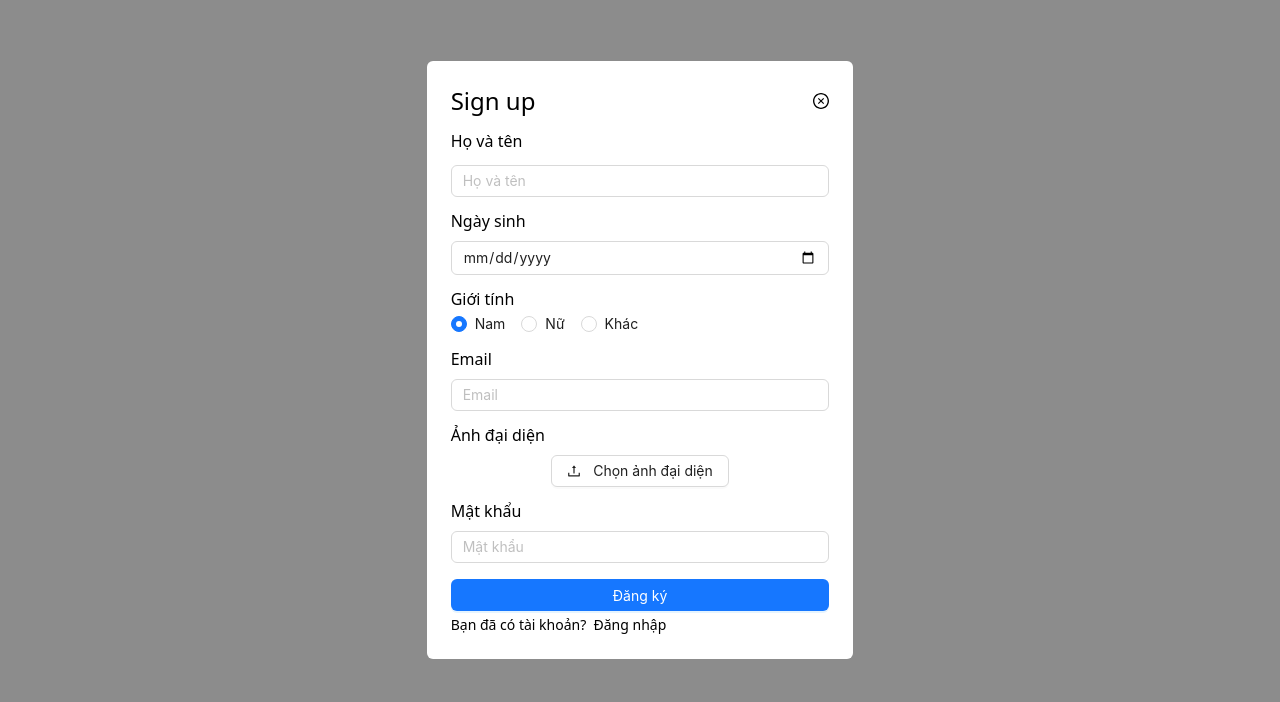
Repository: TinhTT336/MD02_Session14
Page: / (app in client/)
The author's editor kept a copy of each file at every save. The page is drawn from the files as they stood at one save, then again after the next save.
The browser window is 1280 px wide. The pictures show the whole page.
The project was rebuilt for these pictures with package versions that can differ from the ones it lists, and the page was loaded fresh each time. Also part of the build but not shown: client/vite.config.js, client/src/firebase/configFirebase.js, client/src/components/UploadSingleFile.jsx, client/src/components/register/register.css, client/src/components/register/Register.jsx, client/src/components/register/RegisterWithImg.jsx.

Above is the page before, as saved 2023-09-14 14:38:16.

### client/index.html
<!DOCTYPE html>
<html lang="en">
  <head>
    <meta charset="UTF-8" />
    <link rel="icon" type="image/svg+xml" href="/vite.svg" />
    <meta name="viewport" content="width=device-width, initial-scale=1.0" />
    <title>Vite + React</title>
    <!-- <link
      href="https://cdn.jsdelivr.net/npm/bootstrap@5.0.2/dist/css/bootstrap.min.css"
      rel="stylesheet"
      integrity="sha384-EVSTQN3/azprG1Anm3QDgpJLIm9Nao0Yz1ztcQTwFspd3yD65VohhpuuCOmLASjC"
      crossorigin="anonymous"
    />
    <link
      rel="stylesheet"
      href="https://cdnjs.cloudflare.com/ajax/libs/font-awesome/6.4.2/css/all.min.css"
      integrity="sha512-z3gLpd7yknf1YoNbCzqRKc4qyor8gaKU1qmn+CShxbuBusANI9QpRohGBreCFkKxLhei6S9CQXFEbbKuqLg0DA=="
      crossorigin="anonymous"
      referrerpolicy="no-referrer"
    /> -->
  </head>
  <body>
    <div id="root"></div>
    <script type="module" src="/src/main.jsx"></script>
  </body>
</html>

### client/src/App.jsx

import './App.css'
import UploadSingleFile from './components/UploadSingleFile'
import Register from './components/register/Register'
import RegisterWithImg from './components/register/RegisterWithImg'
import Signup from './components/signup/Signup'

function App() {

  return (
    <>
      {/* <UploadSingleFile /> */}
      {/* <Register /> */}
      {/* <RegisterWithImg /> */}
      <Signup />
    </>
  )
}

export default App

### client/src/App.css
* {
  margin: 0;
  padding: 0;
  box-sizing: border-box;
}
.btn-primary {
  background-color: #1677ff !important;
}
.btn-primary:hover {
  background-color: #4096ff !important;
}

### client/src/components/signup/Signup.jsx
import React, { useState } from 'react';
import { CloseCircleOutlined, UploadOutlined } from "@ant-design/icons";
import { Input, Radio, Button, message, Upload, Space } from 'antd';

export default function Signup() {
    const [gender, setGender] = useState(1);
    const handleCheck = (e) => {
        setGender(e.target.value);
    };
    const props = {
        name: 'file',
        action: 'https://www.mocky.io/v2/5cc8019d300000980a055e76',
        headers: {
            authorization: 'authorization-text',
        },
        onChange(info) {
            if (info.file.status !== 'uploading') {
                console.log(info.file, info.fileList);
            }
            if (info.file.status === 'done') {
                message.success(`${info.file.name} file uploaded successfully`);
            } else if (info.file.status === 'error') {
                message.error(`${info.file.name} file upload failed.`);
            }
        },
    };
    return (
        <>
            <div className='fixed top-0 left-0 right-0 bottom-0 flex items-center justify-center bg-rgba-black'>
                <form className='bg-white p-6 rounded-md w-2/6'>
                    <div className='flex items-center justify-between'>
                        <h3 className='text-2xl'>Sign up</h3>
                        <CloseCircleOutlined className='cursor-pointer hover:bg-slate-300 rounded-full' />
                    </div>
                    <div className='mt-3'>
                        <label htmlFor="name">Họ và tên</label>
                        <Input placeholder="Họ và tên" className='mt-3' name='name' id='name' />
                    </div>
                    <div className='mt-3'>
                        <label htmlFor="dateOfBirth">Ngày sinh</label>
                        <Input placeholder="Ngày sinh" className='mt-2' name='dateOfBirth' id='dateOfBirth' type='date' />
                    </div>
                    <div className='mt-3'>
                        <label htmlFor="dateOfBirth">Giới tính</label>
                        <div>
                            <Radio.Group onChange={handleCheck} value={gender}>
                                <Radio value={1}>Nam</Radio>
                                <Radio value={2}>Nữ</Radio>
                                <Radio value={3}>Khác</Radio>
                            </Radio.Group>
                        </div>
                    </div>
                    <div className='mt-3'>
                        <label htmlFor="email">Email</label>
                        <Input placeholder="Email" className='mt-2' name='email' id='email' type='text' />
                    </div>
                    <div className='mt-3'>
                        <label htmlFor="avatar">Ảnh đại diện</label>
                        <div className='text-center mt-2'>
                            <Upload {...props}>
                                <Button icon={<UploadOutlined />}> Chọn ảnh đại diện</Button>
                            </Upload>
                        </div>
                    </div>
                    <div className='mt-3'>
                        <label htmlFor="password">Mật khẩu</label>
                        <Input placeholder="Mật khẩu" className='mt-2' name='password' id='password' type='password' />
                    </div>
                    <div>
                        <Button type='primary' block className='w-full btn-primary mt-4'>Đăng ký</Button>
                    </div>
                    <div>
                        <span className='text-sm align-middle'>Bạn đã có tài khoản? <a href="">   Đăng nhập</a></span>
                    </div>
                </form>
            </div>

        </>
    )
}

### client/tailwind.config.js
/** @type {import('tailwindcss').Config} */
export default {
  content: ["./index.html", "./src/**/*.{js,ts,jsx,tsx}"],
  theme: {
    extend: {
      backgroundColor: {
        "rgba-black": "rgba(0,0,0,0.45)",
      },
    },
  },
  plugins: [],
};

Loaded but not shown: client/src/main.jsx (common file); client/src/index.css (common file)

After the next save:
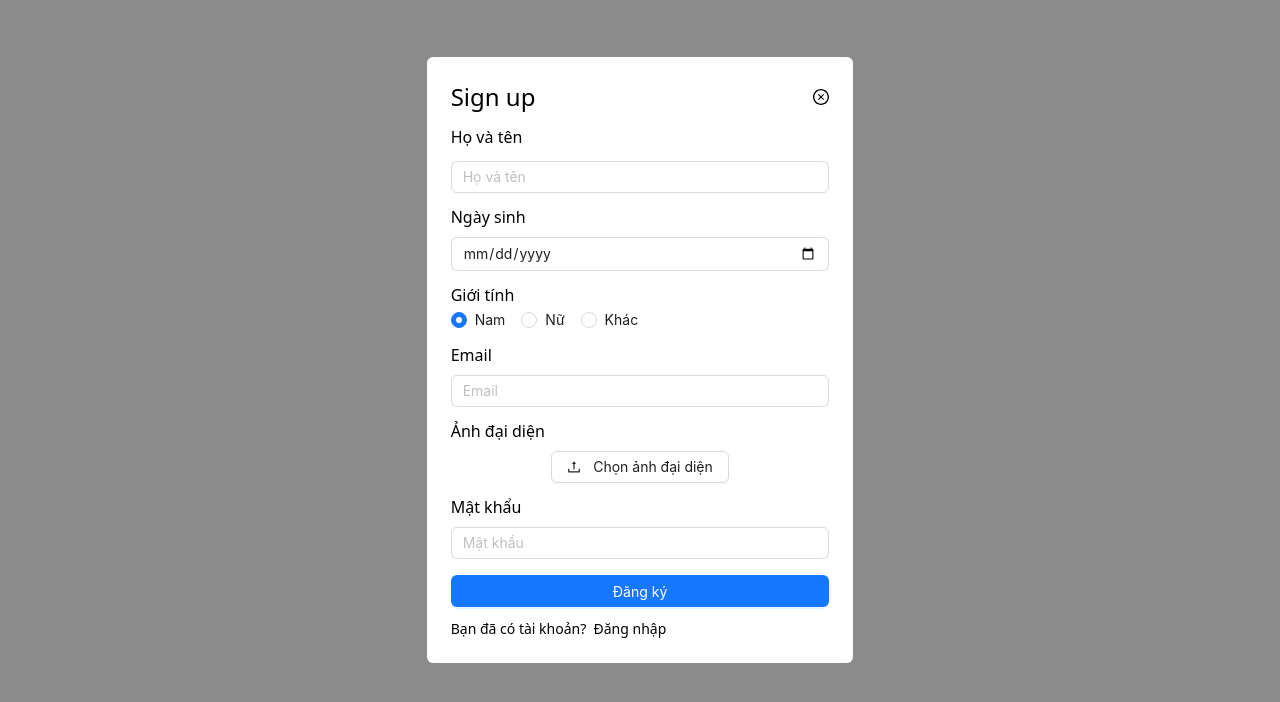
Saved 8 s later.
--- a/client/src/components/signup/Signup.jsx
+++ b/client/src/components/signup/Signup.jsx
@@ -69,7 +69,7 @@ export default function Signup() {
                     <div>
                         <Button type='primary' block className='w-full btn-primary mt-4'>Đăng ký</Button>
                     </div>
-                    <div>
+                    <div className='mt-2'>
                         <span className='text-sm align-middle'>Bạn đã có tài khoản? <a href="">   Đăng nhập</a></span>
                     </div>
                 </form>
